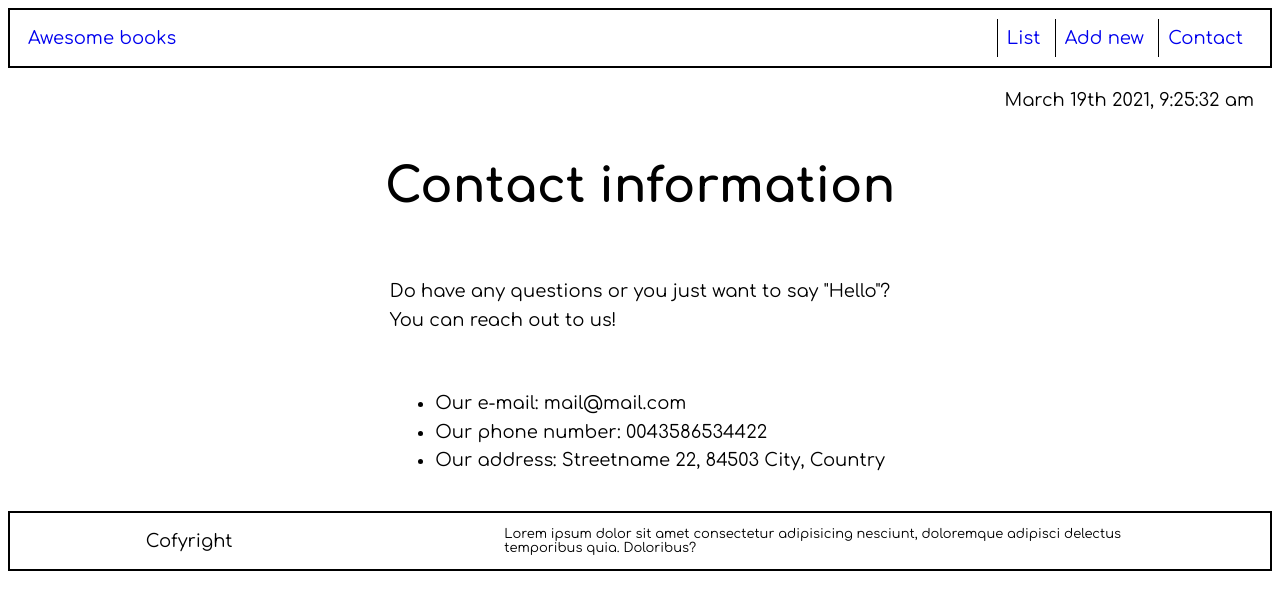
Repository: Salimer/Awesome-books
Page: index.html
The author's editor kept a copy of each file at every save. The page is drawn from the files as they stood at one save, then again after a run of saves.
The browser window is 1280 px wide. The pictures show the whole page.
The style sheet was rebuilt from its Sass, Less or Tailwind sources for each picture, by a compiler version that may differ from the author's.

Above is the page before, as saved 2023-04-26 11:44:51.

### index.html
<!DOCTYPE html>
<html lang="en">
<head>
    <meta charset="UTF-8">
    <meta http-equiv="X-UA-Compatible" content="IE=edge">
    <meta name="viewport" content="width=device-width, initial-scale=1.0">
    <link rel="stylesheet" href="style.css">
    <link rel="preconnect" href="https://fonts.gstatic.com" crossorigin>
    <link href="https://fonts.googleapis.com/css2?family=Anton&family=Caveat:wght@400;500;600;700&family=Comfortaa:wght@300;400;500;600;700&family=Lato:wght@100;300;400;700;900&display=swap" rel="stylesheet">
    <title>Document</title>
</head>
<body>
    <header id="header">
        <a href="#">Awesome books</a>
        <div class="dropdown-nav-menu">
            <a id="list-nav" class="nav-item" href="#">List</a>
            <a id="add-new-nav" class="nav-item" href="#">Add new</a>
            <a id="contact-nav" class="nav-item" href="#">Contact</a>
        </div>
    </header>
    <main>
        <section class="view-books hide">
            <h1>All Awesome books</h1>
            <article class="books">

            </article>
            <div class="underline"></div>
        </section>
        <section class="add-book-form hide">
            <form id="form">
                <article class="new-book">
                    <h1>Add a new book</h3>
                    <div class="input">
                        <input id="new-title" name="title" placeholder="Title"><br><br>
                        <input id="new-author" name="author" placeholder="Author"><br><br>
                    </div>
                    <button id="add-book" type="submit">Add</button>
                </article>
            </form>
        </section>
        <section class="new-contact-info">
            <div id="time">March 19th 2021, 9:25:32 am</div>
            <h1>Contact information</h1>
            <p class="contact-text">Do have any questions or you just want to say "Hello"?<br>You can reach out to us!</p>
            <ul class="contact-details">
                <li>Our e-mail: mail@mail.com</li>
                <li>Our phone number: 0043586534422</li>
                <li>Our address: Streetname 22, 84503 City, Country</li>
            </ul>
        </section>
    </main>
    <footer id="footer">
        <p>Cofyright</p>
        <p>Lorem ipsum dolor sit amet consectetur adipisicing  nesciunt, doloremque adipisci delectus temporibus quia. Doloribus?</p>
    </footer>

    <script src="script.js"></script>
</body>
</html>

### script.js
// Define page navigation
const listNav = document.querySelector('#list-nav');
const addNewNav = document.querySelector('#add-new-nav');
const contactNav = document.querySelector('#contact-nav');

// Define page sections
const viewBooksSection = document.querySelector('.view-books');
const addBookFormSection = document.querySelector('.add-book-form');
const newContactSection = document.querySelector('.new-contact-info');

/* Add event listeners */
// List event listener
listNav.addEventListener('click', () => {
  viewBooksSection.classList.remove('hide');
  addBookFormSection.classList.add('hide');
  newContactSection.classList.add('hide')
});

// New book event listener
addNewNav.addEventListener('click', () => {
  viewBooksSection.classList.add('hide');
  addBookFormSection.classList.remove('hide');
  newContactSection.classList.add('hide')
});

// Contact section event listener
contactNav.addEventListener('click', () => {
  viewBooksSection.classList.add('hide');
  addBookFormSection.classList.add('hide');
  newContactSection.classList.remove('hide')
});

/* eslint-disable max-classes-per-file */
class Book {
  constructor(title, author) {
    this.id = Date.now().toString(); // Generate unique ID based on timestamp
    this.title = title;
    this.author = author;
  }
}
/* eslint-disable max-classes-per-file */

class BooksCollection {
  constructor() {
    this.books = [];
  }

  addBook(title, author) {
    if (title === '' || author === '') {
      // eslint-disable-next-line no-alert
      alert('Please fill both fields');
    } else {
      const newBook = new Book(title, author);
      this.books.push(newBook);
    }
  }

  removeBook(id) {
    this.books = this.books.filter((book) => book.id !== id);
  }

  viewBooks() {
    // Remove all existing book elements from the container
    const container = document.querySelector('.books');
    while (container.firstChild) {
      container.removeChild(container.firstChild);
    }

    // Update books
    this.books.forEach((book) => {
      // Create the container div
      const bookInfo = document.createElement('div');
      bookInfo.className = 'book-info';
      bookInfo.innerHTML = `<p><span class="book-title">"${book.title}"</span> by <span class="book-author"> ${book.author}</span></p>`;

      // Create and append the button
      const button = document.createElement('button');
      button.className = 'remove-book';
      button.type = 'button';
      button.textContent = 'Remove';
      button.dataset.id = book.id; // Set the book ID as a data attribute
      bookInfo.appendChild(button);

      // Add event listener to remove button
      button.addEventListener('click', (event) => {
        const { id } = event.target.dataset;
        this.removeBook(id);
        this.viewBooks();
      });

      // Append the container div to the html
      container.appendChild(bookInfo);
    });

    // Update local storage
    this.saveBooks();
  }

  saveBooks() {
    localStorage.setItem('books', JSON.stringify(this.books));
  }

  loadBooks() {
    this.books = JSON.parse(localStorage.getItem('books')) || [];
  }

  init() {
    this.loadBooks();
    this.viewBooks();

    // Adding new book
    const addBookBtn = document.querySelector('#add-book');
    addBookBtn.addEventListener('click', () => {
      const form = document.getElementById('form');
      const title = document.querySelector('#new-title').value;
      const author = document.querySelector('#new-author').value;
      this.addBook(title, author);
      this.viewBooks();
      form.reset();
    });
  }
}

const booksCollection = new BooksCollection();
booksCollection.init();

### style.scss
* {
  font-family: 'Comfortaa', sans-serif;
  font-size: large;
}

h1 {
  align-self: center;
  font-weight: 700;
  font-size: xxx-large;
}

.hide {
  display: none !important;
}

#header {
  display: flex;
  justify-content: space-between;
  border: 2px solid black;
  padding: 1rem 1rem;

  a {
    text-decoration: none;
  }

  .nav-item {
    padding: 0.5rem;
    border-left: 1px solid black;
  }
}

.view-books {
  display: flex;
  flex-direction: column;

  article {
    border: 2px solid black;
  }

  .book-info {
    display: flex;
    justify-content: space-between;
    padding: 0 1rem;

    &:nth-child(odd) {
      background-color: #ddd;
    }

    p {
      font-weight: 900;
    }

    button {
      margin: 8px 0;
      box-shadow: 6px 5px 5px 3px black;
      cursor: pointer;
    }
  }
}

.underline {
  border-bottom: 2px solid black;
  height: 40px;
  width: 70%;
  padding: 1px;
  align-self: center;
}

#form {
  display: flex;
  flex-direction: column;
  align-items: center;

  .new-book {
    display: flex;
    flex-direction: column;
    align-items: center;

    .input {
      display: flex;
      flex-direction: column;
      align-items: center;

      input {
        padding: 8px;
        margin-bottom: 10px;
        border: 1px solid #ccc;
        border-radius: 4px;
        width: 170%;

        &:last-child {
          margin-bottom: 20px;
        }
      }
    }

    button {
      margin-left: auto;
    }
  }
}

.new-contact-info {
  display: flex;
  flex-direction: column;
  align-items: center;
  line-height: 1.6rem;

  #time {
    padding: 1rem;
    align-self: flex-end;
  }

  .contact-text {
    padding: 1rem 0;
  }
}

#footer {
  display: flex;
  justify-content: space-around;
  align-items: center;
  border: 2px solid black;
  margin-top: 1rem;

  p + p {
    font-size: small;
    width: 50%;
  }
}

After the next 2 saves:
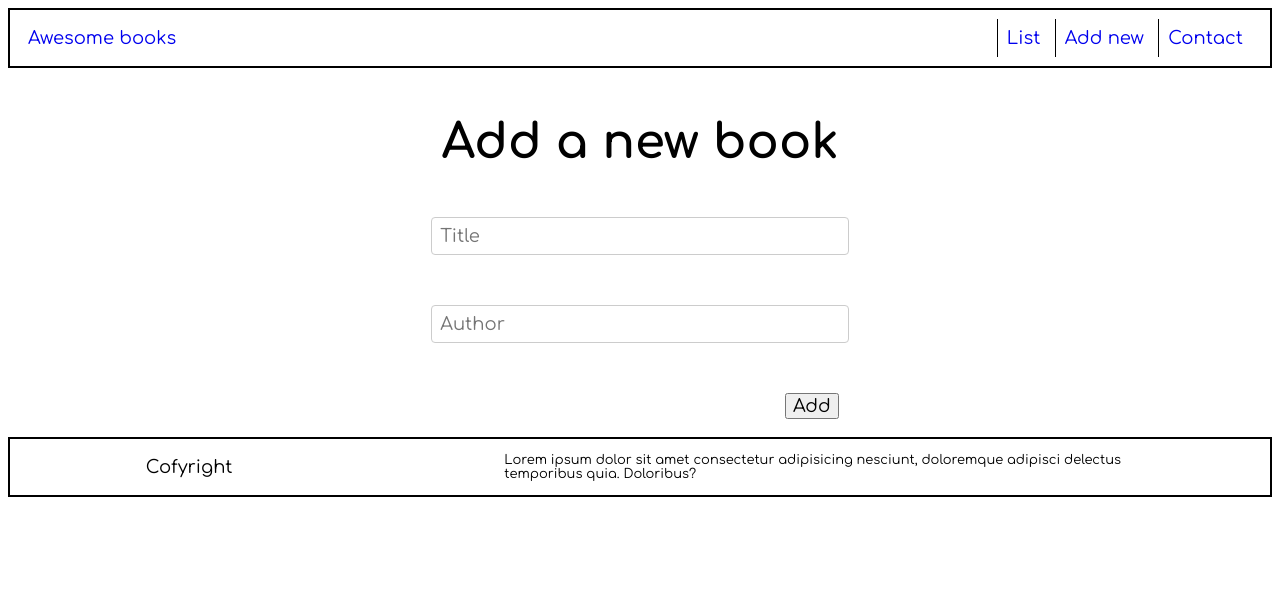
The 2 saves are shown as one change because they came seconds apart.
The last was saved 57 s later.
--- a/index.html
+++ b/index.html
@@ -26,7 +26,7 @@
             </article>
             <div class="underline"></div>
         </section>
-        <section class="add-book-form hide">
+        <section class="add-book-form">
             <form id="form">
                 <article class="new-book">
                     <h1>Add a new book</h3>
@@ -38,7 +38,7 @@
                 </article>
             </form>
         </section>
-        <section class="new-contact-info">
+        <section class="new-contact-info hide">
             <div id="time">March 19th 2021, 9:25:32 am</div>
             <h1>Contact information</h1>
             <p class="contact-text">Do have any questions or you just want to say "Hello"?<br>You can reach out to us!</p>
